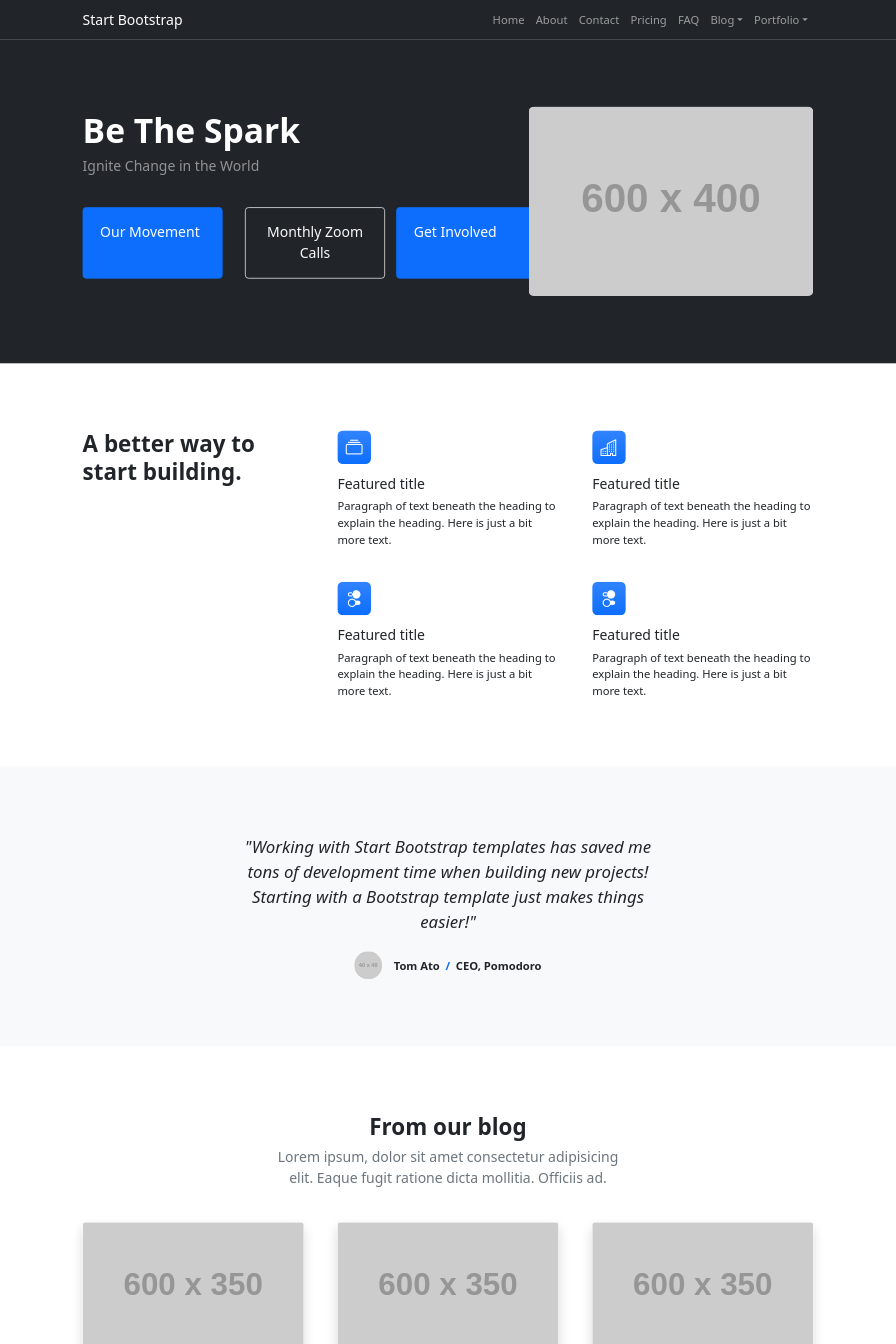
Repository: DragonFruit8/BeTheSpark
Page: index.html
These files come from the project's save history. The page is drawn as it stood at one moment and after the next save; the edit follows.
The browser window is 1280 px wide. The pictures show the part of the page from y = 0 to 1920 px (the page is 2663 px tall before and 2852 px after), at 70% of full size.

Above is the page before, as saved 2024-01-05 08:26:02.

After the next save:
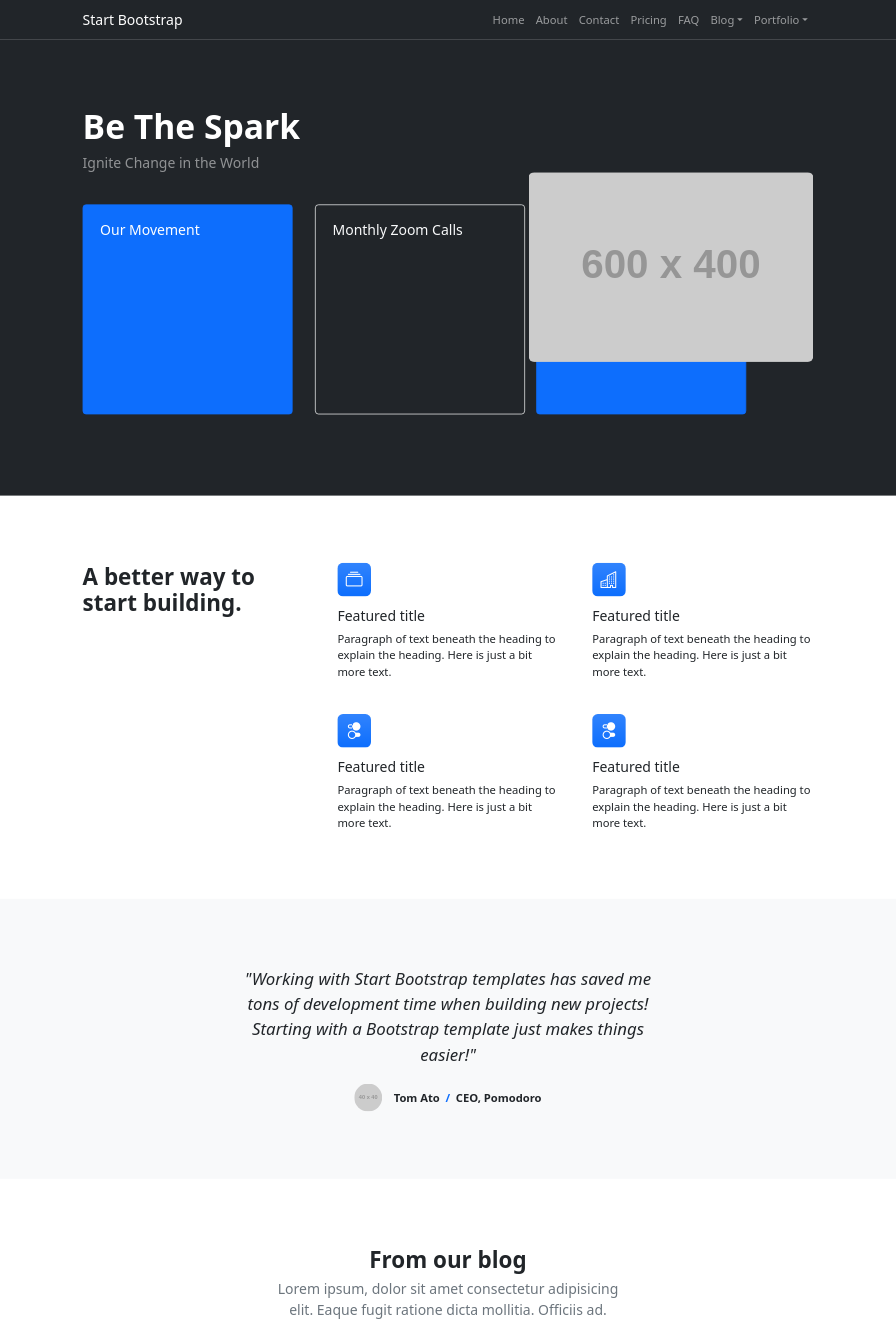
Saved 9 s later.
--- a/css/home.css
+++ b/css/home.css
@@ -20,7 +20,7 @@
 
 }
 
-@media (min-width: 1080px) {
+/* @media (min-width: 1080px) {
     #CTA a{
         display: inline-flex;
         flex-direction: row;
@@ -30,4 +30,4 @@
         margin-bottom: 20px;
         border-radius: 5px;
     }
-}
+} */
